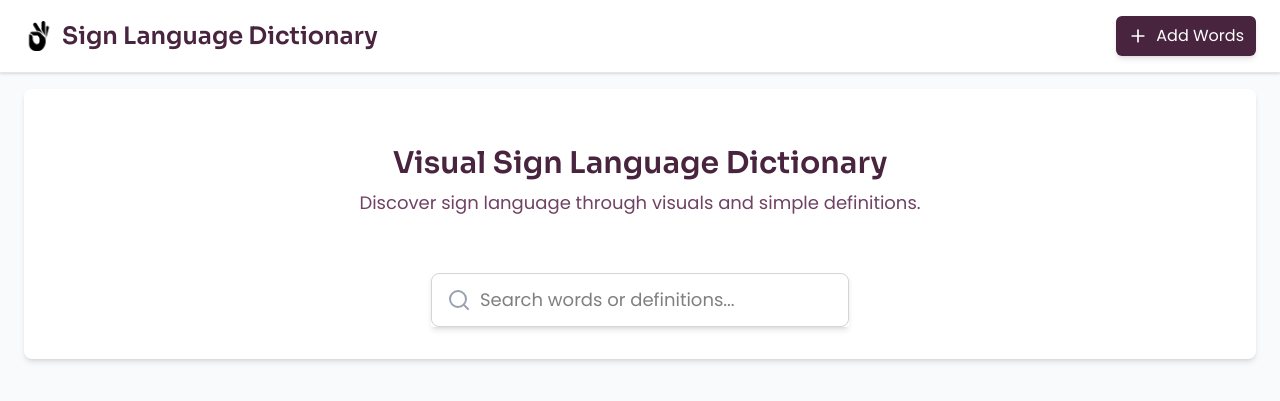
Repository: jabir12-12/sign-setu
Page: /
These files come from the project's save history. The page is drawn as it stood at one moment and after the next save; the edit follows.
The browser window is 1280 px wide. The pictures show the whole page.
The project was rebuilt for these pictures with package versions that can differ from the ones it lists, and the page was loaded fresh each time. The framework's server and built-in components were replaced by stand-ins that run in the browser. Also part of the build but not shown: next.config.ts.

Above is the page before, as saved 2025-05-27 16:46:43.

After the next save:
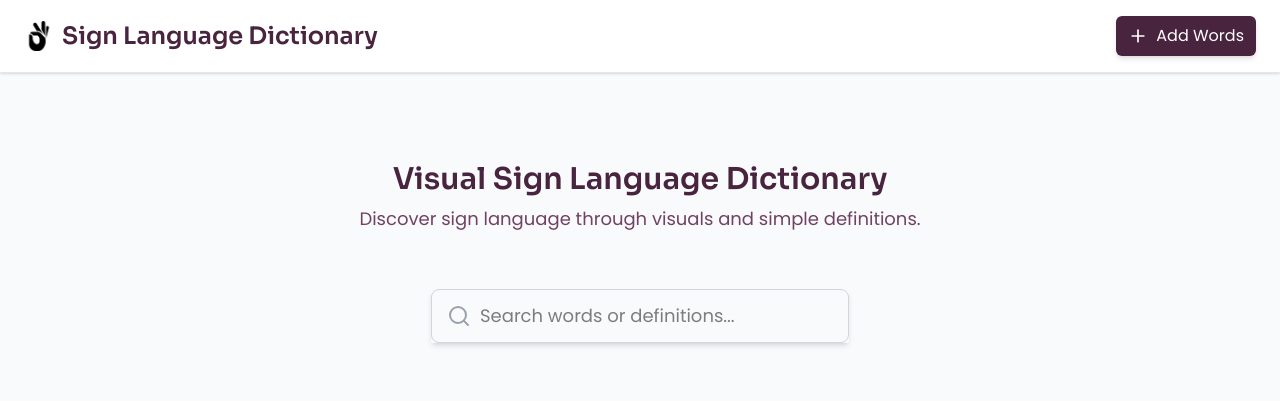
Saved 15 s later.
--- a/app/page.tsx
+++ b/app/page.tsx
@@ -39,7 +39,7 @@ export default function StockDashboard() {
       </header>
 
       {/* Centered Search Bar */}
-      <div className='flex flex-col items-center justify-center gap-6  py-8 px-4 md:px-6 bg-white shadow-md rounded-lg mt-4 mx-2 md:mx-6'>
+      <div className='flex flex-col items-center justify-center gap-6  px-4 md:px-6 py-10 mt-6'>
         <div className="text-center mt-6 px-4">
           <h2 className="text-2xl md:text-3xl font-semibold text-[#49243E]">
             Visual Sign Language Dictionary
